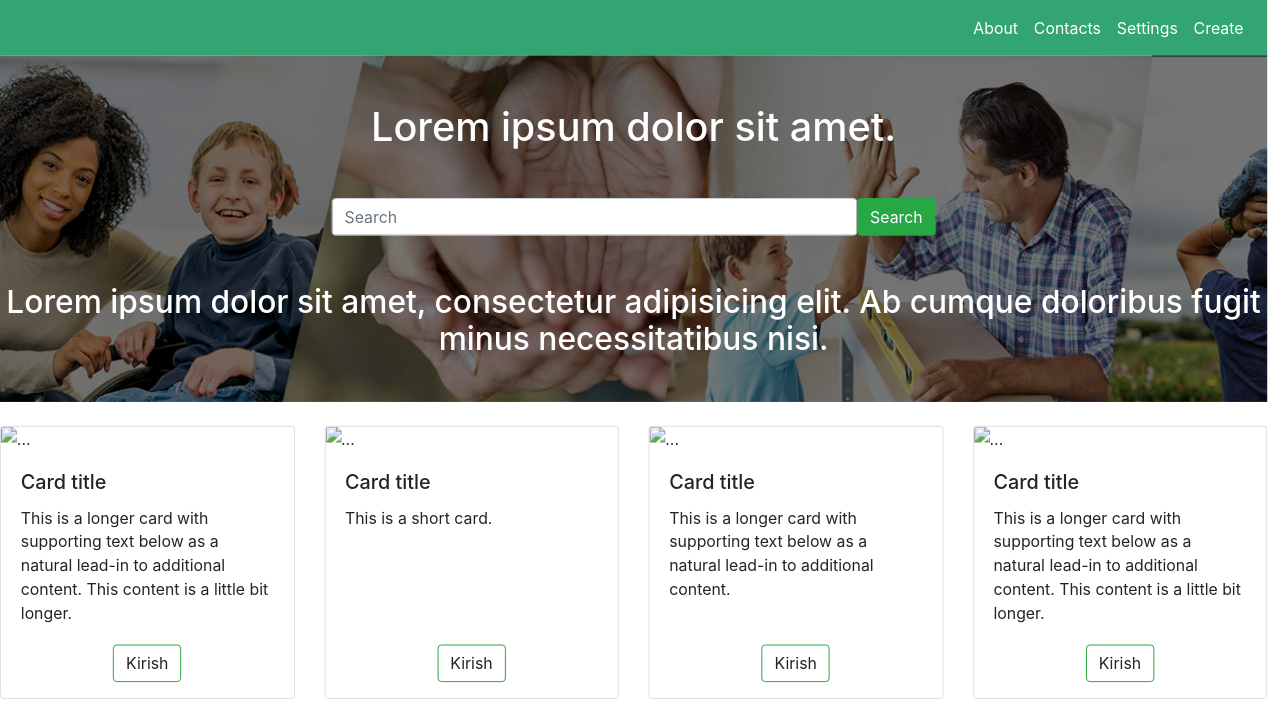
Repository: abduvali-aminov/fond
Page: http://localhost/main
An editor plug-in stored every save of this project. The page is shown before and after the next save, followed by the edit.
The browser window is 1280 px wide. The page is 1295 px wide, so the pictures cover 1295 px, including what lies to the right of the window. The pictures show the whole page, at 99% of full size.
The page is served by the project's Laravel application, run on PHP 8.4 with Laravel 8. Other server files are loaded and not shown.

Above is the page before, as saved 2021-01-18 13:33:13.

### routes/web.php
<?php

use App\Http\Controllers\AppliesController;
use App\Http\Controllers\MainController;
use Illuminate\Support\Facades\Route;

/*
|--------------------------------------------------------------------------
| Web Routes
|--------------------------------------------------------------------------
|
| Here is where you can register web routes for your application. These
| routes are loaded by the RouteServiceProvider within a group which
| contains the "web" middleware group. Now create something great!
|
*/

Route::get('/', function () {
    return view('welcome');
});

Route::get('/apply', [AppliesController::class, 'index'])->name('apply');
Route::get('/apply-create', [AppliesController::class, 'create'])->name('apply-create');
Route::post('/apply-store', [AppliesController::class, 'store'])->name('apply-store');
Route::get('/main', [MainController::class, 'index'])->name('main');

### app/Http/Controllers/MainController.php
<?php

namespace App\Http\Controllers;

use Illuminate\Http\Request;

class MainController extends Controller
{
    public function index()
    {
        return view('main.index');
    }
}

### resources/views/main/index.blade.php
@extends('main.main')
@section('content')

    <div  style="height: 350px;background-image:url('{{ asset('images/photo_3.jpg') }}');position:relative">
        <center>
            <div class="pt-5">
                <h1 class="text-white">Lorem ipsum dolor sit amet.</h1>
                <form class="d-flex col-6 mt-5">
                    <input class="form-control" type="search" placeholder="Search" aria-label="Search">
                    <button class="btn btn-success" type="submit">Search</button>
                </form>
                <h2 class="text-center text-white mt-5">Lorem ipsum dolor sit amet, consectetur adipisicing elit. Ab cumque doloribus fugit minus necessitatibus nisi.</h2>
            </div>
        </center>
    </div>

    <div class="row row-cols-1 mt-4 row-cols-md-4 g-4">
        <div class="col">
            <div class="card h-100">
                <img src="logo/photo.jpg" class="card-img-top" alt="...">
                <div class="card-body">
                    <h5 class="card-title">Card title</h5>
                    <p class="card-text">This is a longer card with supporting text below as a natural lead-in to
                        additional content. This content is a little bit longer.</p>
                </div>
                <div class="text-center mb-3">
                    <a class="btn btn-outline-success"> Kirish </a>
                </div>
            </div>
        </div>
        <div class="col">
            <div class="card h-100">
                <img src="logo/photo.jpg" class="card-img-top" alt="...">
                <div class="card-body">
                    <h5 class="card-title">Card title</h5>
                    <p class="card-text">This is a short card.</p>
                </div>
                <div class="text-center mb-3">
                    <a class="btn btn-outline-success"> Kirish </a>
                </div>
            </div>
        </div>
        <div class="col">
            <div class="card h-100">
                <img src="logo/photo.jpg" class="card-img-top" alt="...">
                <div class="card-body">
                    <h5 class="card-title">Card title</h5>
                    <p class="card-text">This is a longer card with supporting text below as a natural lead-in to
                        additional content.</p>
                </div>
                <div class="text-center mb-3">
                    <a class="btn btn-outline-success"> Kirish </a>
                </div>
            </div>
        </div>
        <div class="col">
            <div class="card h-100">
                <img src="{{ asset('/images/photo') }}" class="card-img-top" alt="...">
                <div class="card-body">
                    <h5 class="card-title">Card title</h5>
                    <p class="card-text">This is a longer card with supporting text below as a natural lead-in to
                        additional content. This content is a little bit longer.</p>
                </div>
                <div class="text-center mb-3">
                    <a class="btn btn-outline-success"> Kirish </a>
                </div>
            </div>
        </div>
    </div>

@endsection

### resources/views/main/main.blade.php
<!DOCTYPE html>
<html lang="en">
<head>
    <meta charset="UTF-8">
    <meta name="viewport" content="width=device-width, initial-scale=1.0">
    <meta http-equiv="X-UA-Compatible" content="ie=edge">
    <title>Document</title>

    <!-- Including the bootstrap CDN -->
    <link rel="stylesheet" href=
    "https://maxcdn.bootstrapcdn.com/bootstrap/4.4.1/css/bootstrap.min.css">
        <link rel="stylesheet" href="https://cdnjs.cloudflare.com/ajax/libs/font-awesome/4.7.0/css/font-awesome.min.css">
        <style>
            #navbar {
                /*margin-top: 20px;*/
                -webkit-text-fill-color: white;
                background-color: #32a573;
                /*position:fixed;*/
                /*top:0;*/
            }
        </style>
</head>

<body>

    <!-- Creating a navigation bar using the
            .navbar class of bootstrap -->
    <nav class="navbar navbar-expand-sm  " id="navbar">
        <ul class="navbar-nav ml-auto">
            <li class="nav-item">
                <a class="nav-link" href="#">
                    About
                </a>
            </li>
            <li class="nav-item">
                <a class="nav-link" href="#">
                    Contacts
                </a>
            </li>
            <li class="nav-item">
                <a class="nav-link" href="#">
                    Settings
                </a>
            </li>
            <li class="nav-item">
                <a class="nav-link" href="{{ route('apply-create') }}">
                    Create
                </a>
            </li>
        </ul>
    </nav>
</body>

</html>
    @yield('content')



    <!-- JS, Popper.js, and jQuery -->
    <script src="https://code.jquery.com/jquery-3.5.1.slim.min.js" integrity="sha384-DfXdz2htPH0lsSSs5nCTpuj/zy4C+OGpamoFVy38MVBnE+IbbVYUew+OrCXaRkfj" crossorigin="anonymous"></script>
    <script src="https://cdn.jsdelivr.net/npm/popper.js@1.16.1/dist/umd/popper.min.js" integrity="sha384-9/reFTGAW83EW2RDu2S0VKaIzap3H66lZH81PoYlFhbGU+6BZp6G7niu735Sk7lN" crossorigin="anonymous"></script>
    <script src="https://stackpath.bootstrapcdn.com/bootstrap/4.5.2/js/bootstrap.min.js" integrity="sha384-B4gt1jrGC7Jh4AgTPSdUtOBvfO8shuf57BaghqFfPlYxofvL8/KUEfYiJOMMV+rV" crossorigin="anonymous"></script>

</html>

Loaded but not shown: app/Http/Controllers/Controller.php (common file)

After the next save:
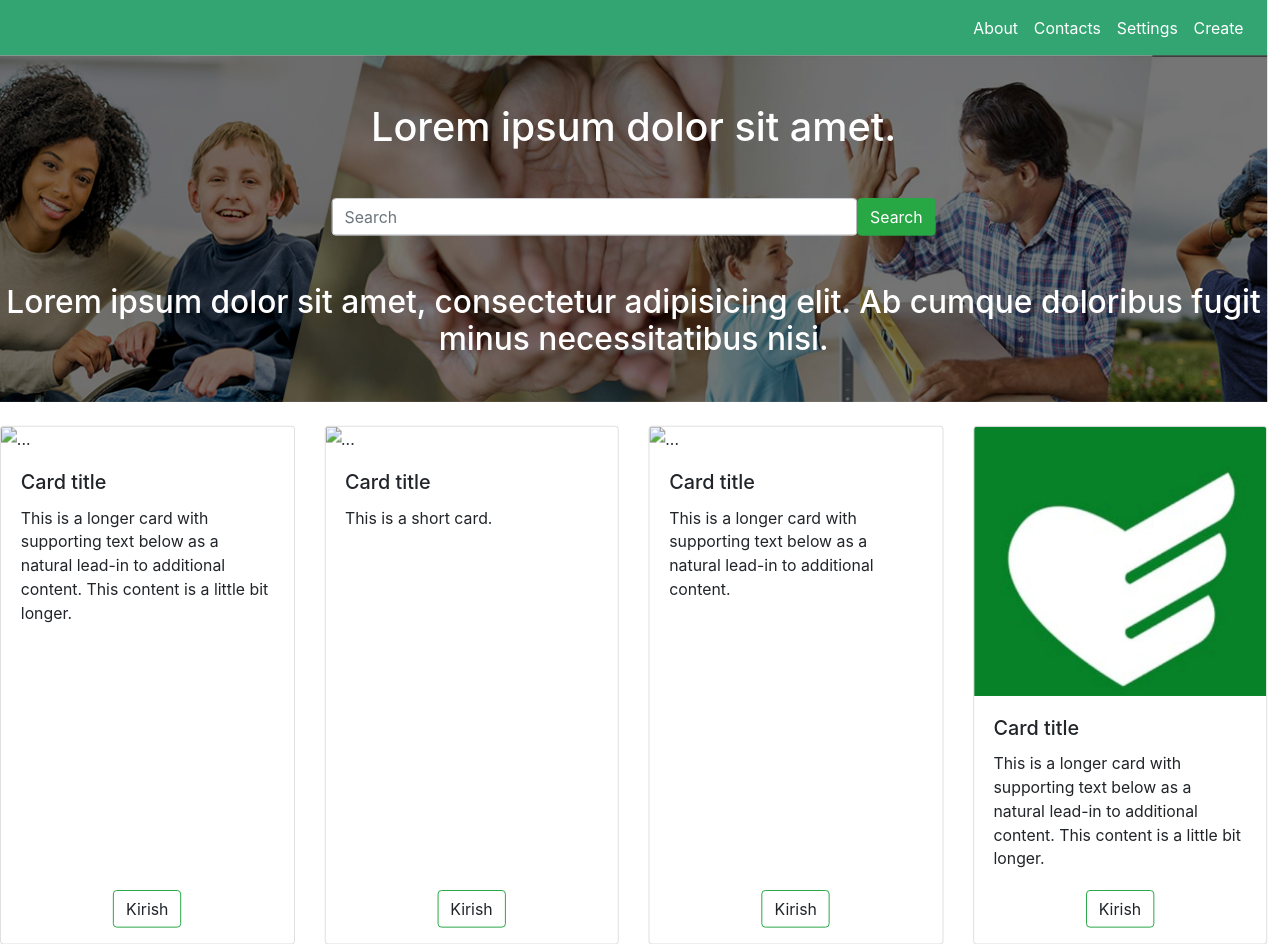
Saved 5 s later.
--- a/resources/views/main/index.blade.php
+++ b/resources/views/main/index.blade.php
@@ -55,7 +55,7 @@
         </div>
         <div class="col">
             <div class="card h-100">
-                <img src="{{ asset('/images/photo') }}" class="card-img-top" alt="...">
+                <img src="{{ asset('/images/photo.jpg') }}" class="card-img-top" alt="...">
                 <div class="card-body">
                     <h5 class="card-title">Card title</h5>
                     <p class="card-text">This is a longer card with supporting text below as a natural lead-in to
